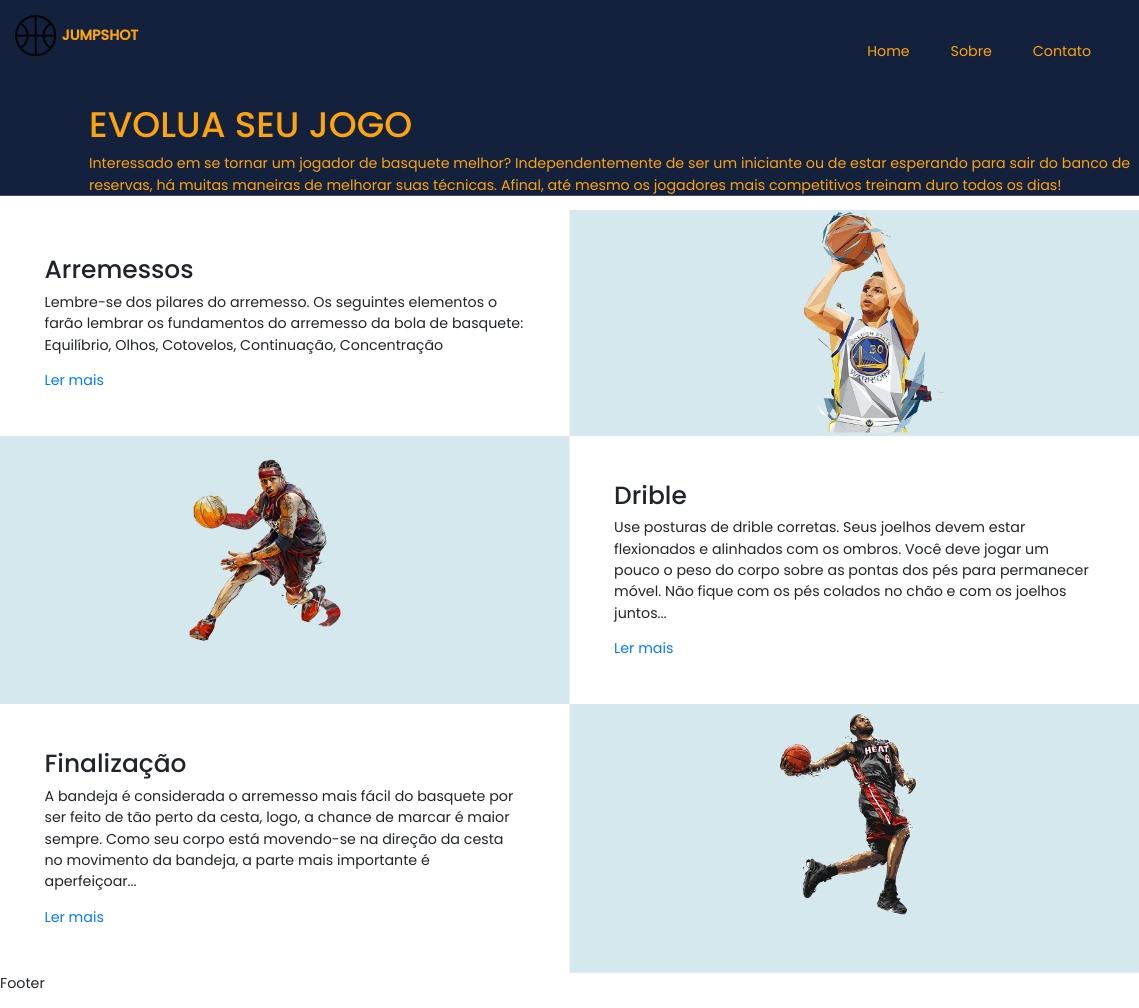
Repository: luisbisp/Jumpshot
Page: index.htm
These files come from the project's save history. The page is drawn as it stood at one moment and after the next save; the edit follows.
The browser window is 1280 px wide. The pictures show the whole page, at 89% of full size.

Above is the page before, as saved 2021-07-07 17:25:39.

### index.htm
<!DOCTYPE html>
<html lang="en">

<head>
    <meta charset="UTF-8">
    <meta http-equiv="X-UA-Compatible" content="IE=edge">
    <meta name="viewport" content="width=device-width, initial-scale=1.0">
    <link rel="preconnect" href="https://fonts.googleapis.com">
    <link rel="preconnect" href="https://fonts.gstatic.com" crossorigin>
    <link href="https://fonts.googleapis.com/css2?family=Poppins:wght@300;400;500&display=swap" rel="stylesheet">
    <link rel="stylesheet" href="https://maxcdn.bootstrapcdn.com/bootstrap/4.0.0/css/bootstrap.min.css"
        integrity="sha384-Gn5384xqQ1aoWXA+058RXPxPg6fy4IWvTNh0E263XmFcJlSAwiGgFAW/dAiS6JXm" crossorigin="anonymous">
    <link rel="stylesheet" href="./styles/styles.css">
    <title>jumpshot</title>
</head>

<body>
    <div class="container-fluid p-0">
        <!-- div com todo conteudo da pagina -->
        <header>
            <!-- div com conteudo do cabeçalho -->
            <div class="div-header">
                <div class="logo">
                    <img src="./images/logo.png" alt="">
                    <strong>JUMPSHOT</strong>
                </div>
                <div class="menu">
                    <!-- navbar do bootstrap -->
                    <nav class="navbar navbar-expand-lg">
                        <button class="navbar-toggler" type="button" data-toggle="collapse" data-target="#navbarNav"
                            aria-controls="navbarNav" aria-expanded="false" aria-label="Toggle navigation">
                            <span class="navbar-toggler-icon"></span>
                        </button>
                        <div class="collapse navbar-collapse" id="navbarNav">
                            <ul class="navbar-nav">
                                <li class="nav-item active">
                                    <a class="nav-link navbar-custom" href="#">Home <span
                                            class="sr-only">(current)</span></a>
                                </li>
                                <li class="nav-item">
                                    <a class="nav-link navbar-custom" href="#">Sobre</a>
                                </li>
                                <li class="nav-item">
                                    <a class="nav-link navbar-custom" href="#">Contato</a>
                                </li>
                            </ul>
                        </div>
                    </nav>
                </div>
            </div>

            <div class="div-header-content m-0">
                <div class="div-title">
                    <h1> EVOLUA SEU JOGO</h1>
                    <p> Interessado em se tornar um jogador de basquete melhor? Independentemente
                        de ser um iniciante ou de estar esperando para sair do banco de reservas,
                        há muitas maneiras de melhorar suas técnicas. Afinal, até mesmo os jogadores
                        mais competitivos treinam duro todos os dias!</p>
                </div>
            </div>
        </header>

        <!-- divs com o conteudo da pagina -->
        <div class="content">
            <div class="content-text">
                <h3>Arremessos</h3>
                <p>Lembre-se dos pilares do arremesso. Os seguintes elementos o
                    farão lembrar os fundamentos do arremesso da bola de basquete:
                    Equilíbrio, Olhos, Cotovelos, Continuação, Concentração</p>
                <a href="#">Ler mais</a>
            </div>
            <div class="content-image">
                <img class="illustration" src="./images/aremesso.png" alt="">
            </div>
        </div>

        <div class="content">
            <div class="content-image">
                <img class="illustration" src="./images/drible.png" alt="">
            </div>
            <div class="content-text">
                <h3>Drible</h3>
                <p>Use posturas de drible corretas. Seus joelhos devem estar flexionados e alinhados
                    com os ombros. Você deve jogar um pouco o peso do corpo sobre as pontas dos pés
                    para permanecer móvel. Não fique com os pés colados no chão e com os joelhos juntos...</p>
                <a href="#">Ler mais</a>
            </div>
        </div>

        <div class="content">
            <div class="content-text">
                <h3>Finalização</h3>
                <p>A bandeja é considerada o arremesso mais fácil do basquete por ser feito de tão
                    perto da cesta, logo, a chance de marcar é maior sempre. Como seu corpo está
                    movendo-se na direção da cesta no movimento da bandeja, a parte mais importante
                    é aperfeiçoar...</p>
                <a href="#">Ler mais</a>
            </div>
            <div class="content-image">
                <img class="illustration" src="./images/finalizaçao.png" alt="">
            </div>
        </div>



        <footer>
            <p>Footer</p>
        </footer>
    </div>
</body>

</html>

### styles/styles.css
 *{
    font-family: 'Poppins', sans-serif;
 }
 header {
     background-color: #14213d;
     color: #fca311;
 }
 .div-header{
       display: flex;
       justify-content: space-between;
       padding:15px;
}
.navbar-custom{
    color: #fca311;
    margin: 15px;
}

/* .div-header-content{
    margin-top: 50px;
    display: flex;
    margin: 15px;
} */

.div-title{
    margin-left: 100px;
}

.div-banner{
    display: flex;
    justify-content: center;
}

.content{
    display: flex;

}
.content-text{
    width: 50%;
    padding: 50px;
}

.content-image {
    width:50%;
    background-color: #d5e8ee;
    display: flex;
    justify-content: center;
}
.illustration{
    height: 250px;
}

footer {
    margin-top:50px
    background-color: #14213d;
  }

After the next save:
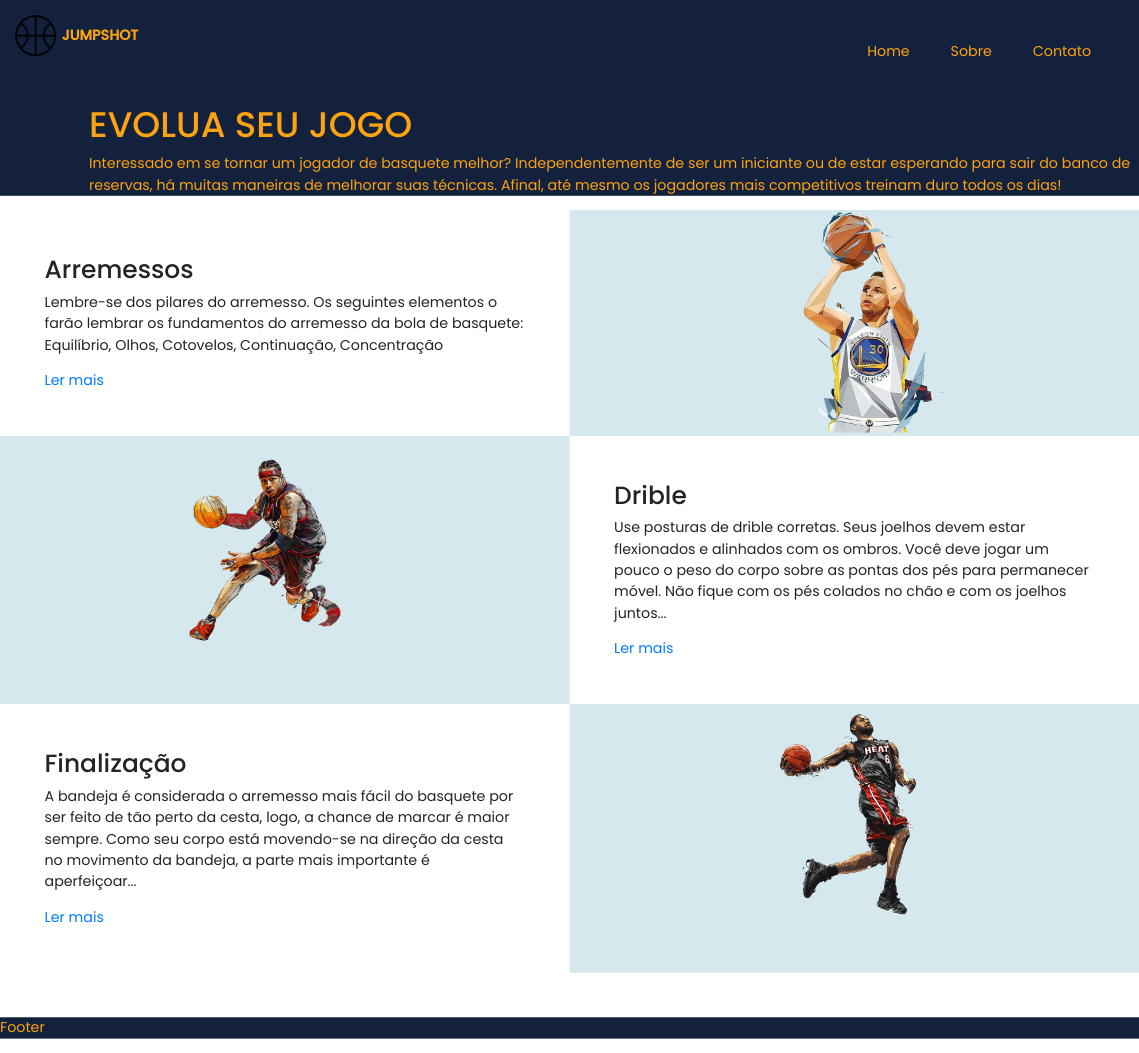
Saved 14 s later.
--- a/styles/styles.css
+++ b/styles/styles.css
@@ -50,6 +50,7 @@
 }
 
 footer {
-    margin-top:50px
+    margin-top:50px;
     background-color: #14213d;
+    color: #fca311;
   }
